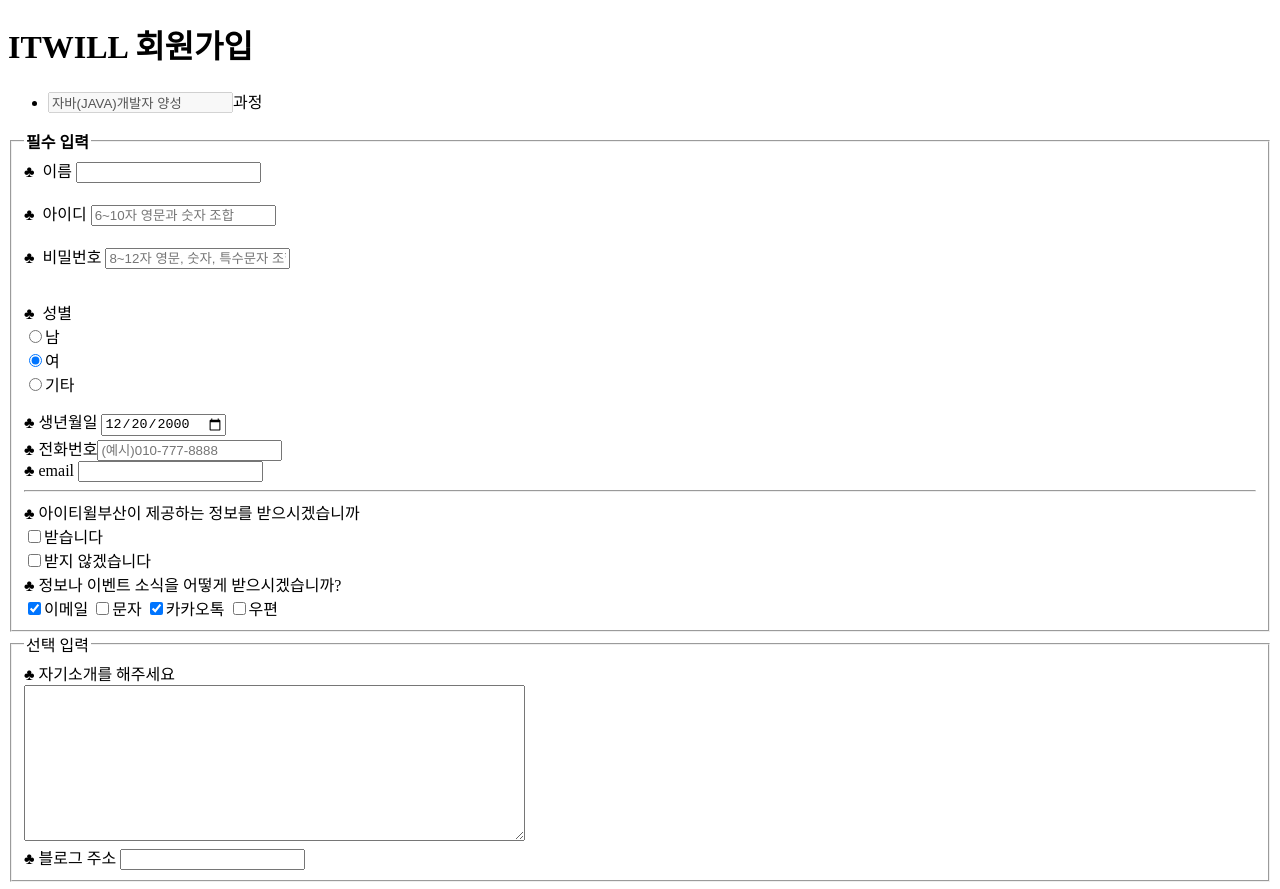
Repository: ReadStar/Web
Page: Html/html5/WebContent/form-test.html
The author's editor kept a copy of each file at every save. The page is drawn from the files as they stood at one save, then again after the next save.
The browser window is 1280 px wide. The pictures show the whole page.

Above is the page before, as saved 2020-08-13 11:52:51.

After the next save:
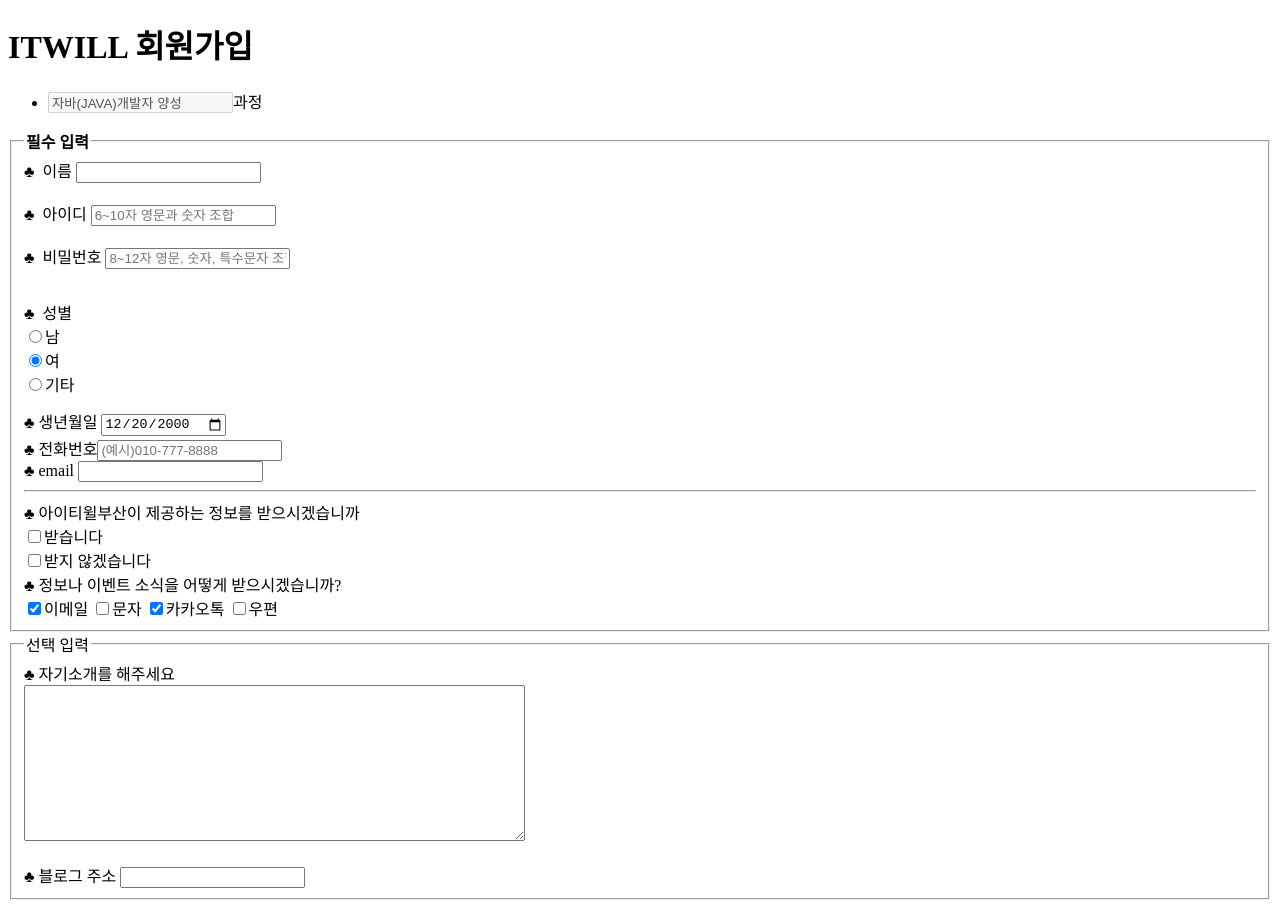
Saved 6 s later.
--- a/Html/html5/WebContent/form-test.html
+++ b/Html/html5/WebContent/form-test.html
@@ -36,7 +36,7 @@
 <fieldset>
 <legend>선택 입력</legend>
 <b>♣</b>&nbsp;자기소개를 해주세요<br>
-<textarea cols="60" rows="10"></textarea><br>
+<textarea cols="60" rows="10"></textarea><br><br>
 <b>♣</b>&nbsp;블로그 주소 <input type="url">
 
 </fieldset>
